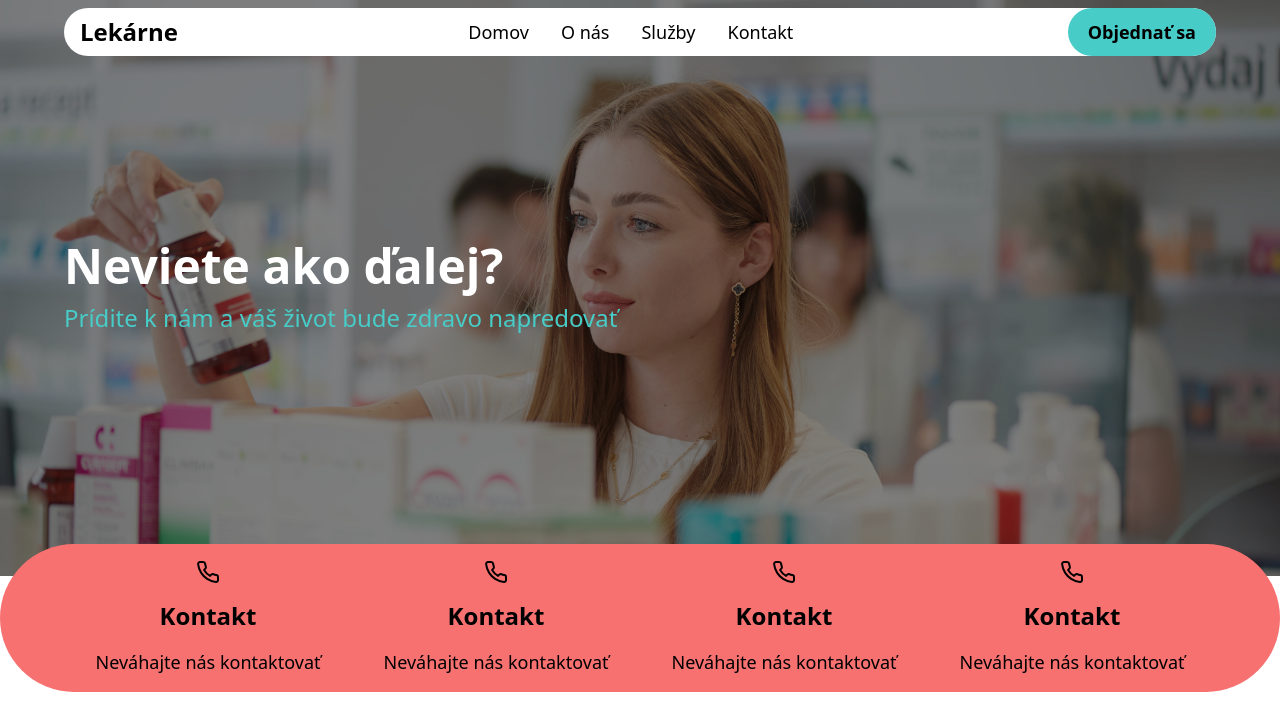
Repository: SimonSkoda13/Lekaren
Page: /
The author's editor kept a copy of each file at every save. The page is drawn from the files as they stood at one save, then again after the next save.
The browser window is 1280 px wide. The pictures show the whole page.
The project was rebuilt for these pictures with package versions that can differ from the ones it lists, and the page was loaded fresh each time. The framework's server and built-in components were replaced by stand-ins that run in the browser. Also part of the build but not shown: next.config.js.

Above is the page before, as saved 2023-04-22 17:37:58.

After the next save:
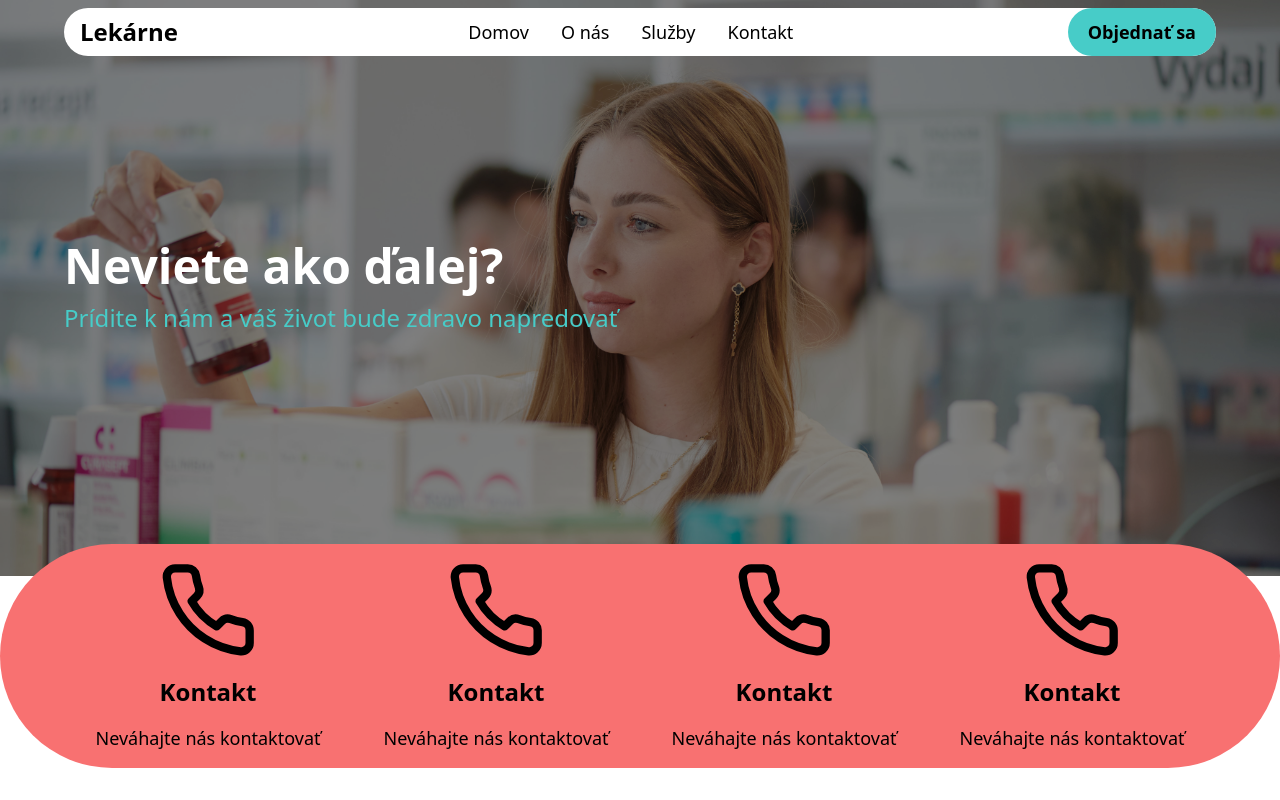
Saved 9 s later.
--- a/src/app/components/Contact/Contact.tsx
+++ b/src/app/components/Contact/Contact.tsx
@@ -22,7 +22,7 @@ export const Contact = (props: ContactProps) => {
             width={100}
             height={100}
           /> */}
-          <Phone />
+          <Phone size={100} />
           <h2 className="text-2xl font-bold">{item.title}</h2>
           <p className="text-lg font-medium">{item.description}</p>
         </div>
